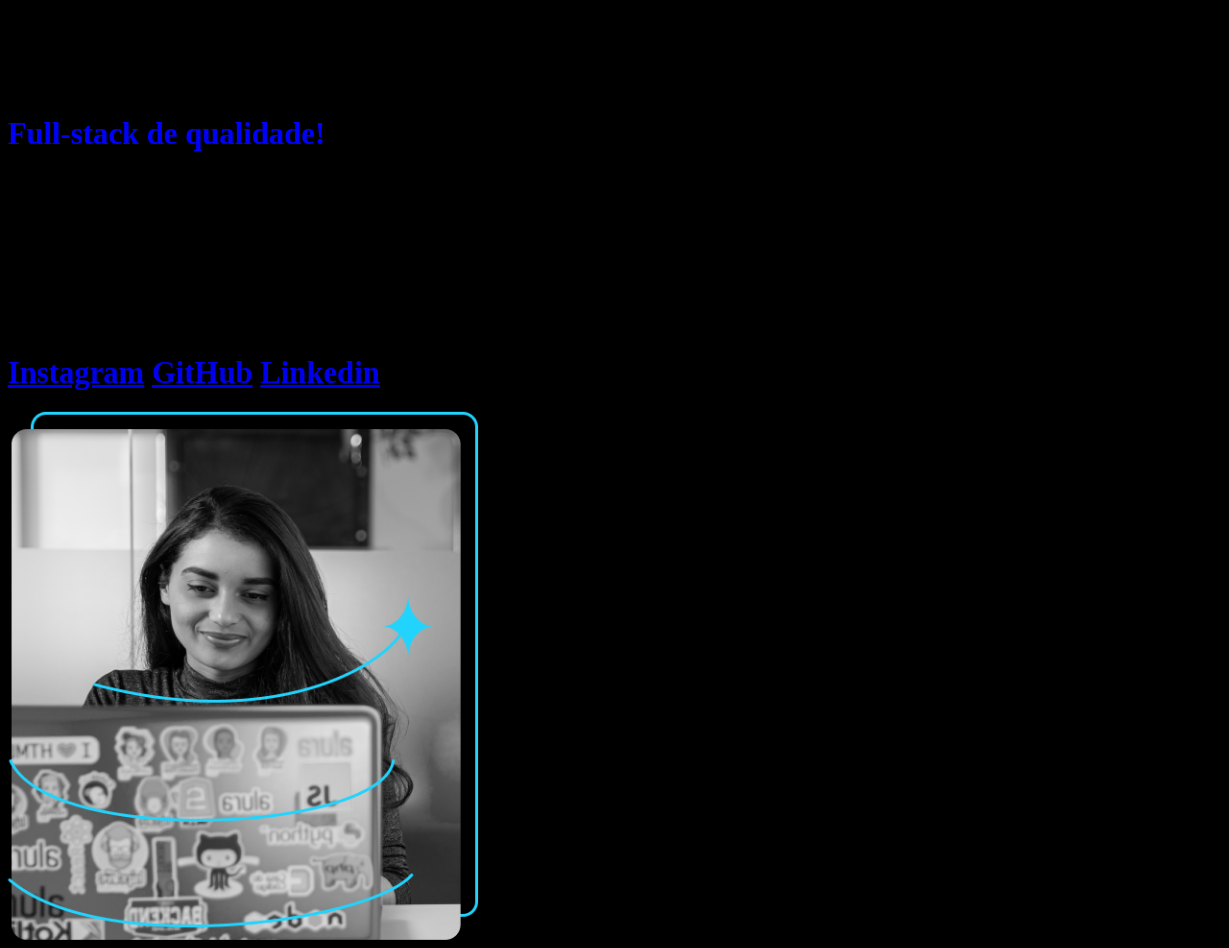
Repository: luiz123098/Sobre-mim-em-HTM-CSS
Page: htmlcss.html
These files come from the project's save history. The page is drawn as it stood at one moment and after the next save; the edit follows.
The browser window is 1280 px wide. The pictures show the whole page, at 96% of full size.

Above is the page before, as saved 2023-03-08 10:55:17.

After the next save:
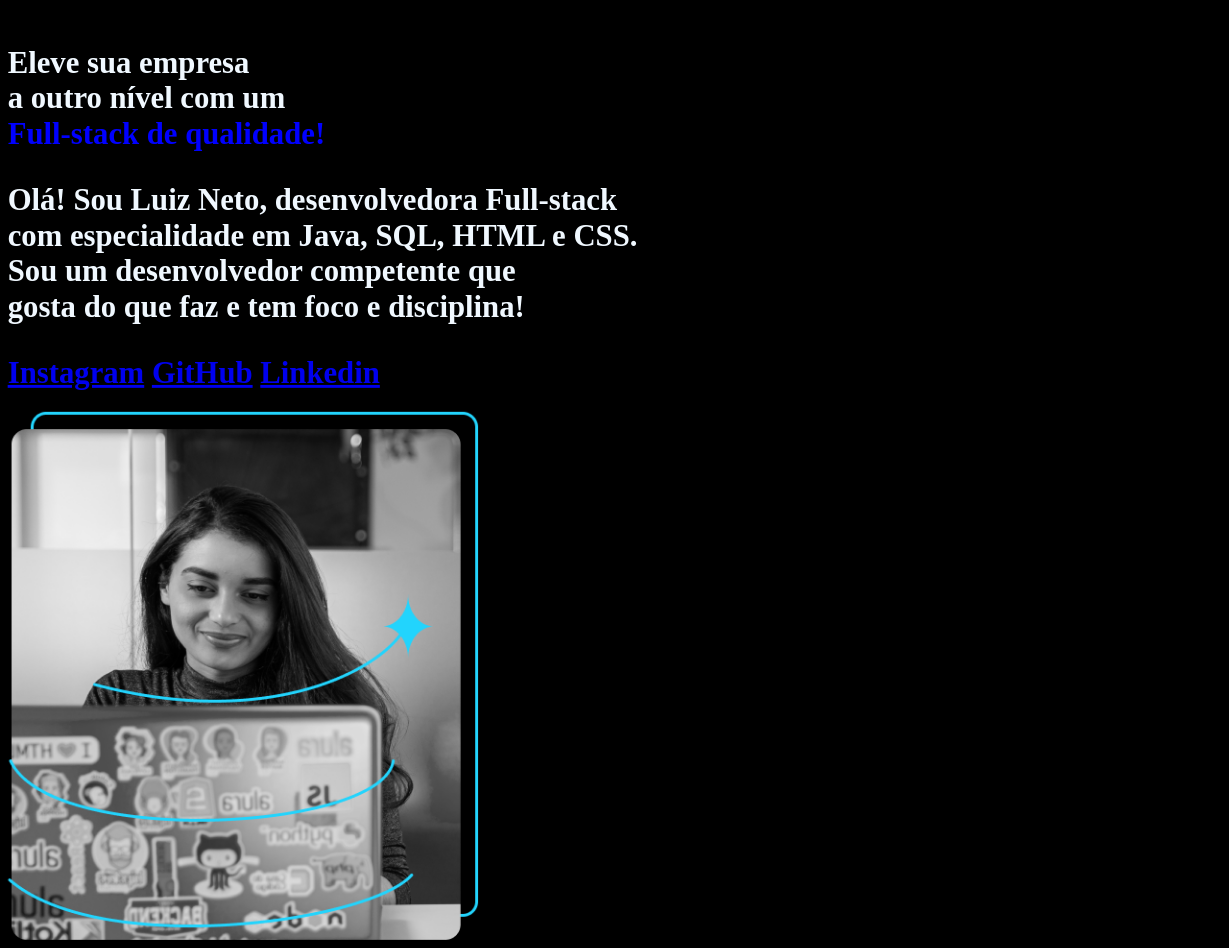
Saved 5 s later.
--- a/htmlcss.html
+++ b/htmlcss.html
@@ -11,7 +11,8 @@
 <body>
     <header>MENU</header>
     <main>
-        <h1>
+        <h1
+            class="text">
             Eleve sua empresa<br>
             a outro nível com um<br>
             <strong
@@ -19,7 +20,8 @@
             Full-stack de qualidade!
             </strong>
 
-            <p>
+            <p
+            class="text">
             Olá! Sou Luiz Neto, desenvolvedora Full-stack<br>
             com especialidade em Java, SQL, HTML e CSS.<br>
             Sou um desenvolvedor competente que<br>
